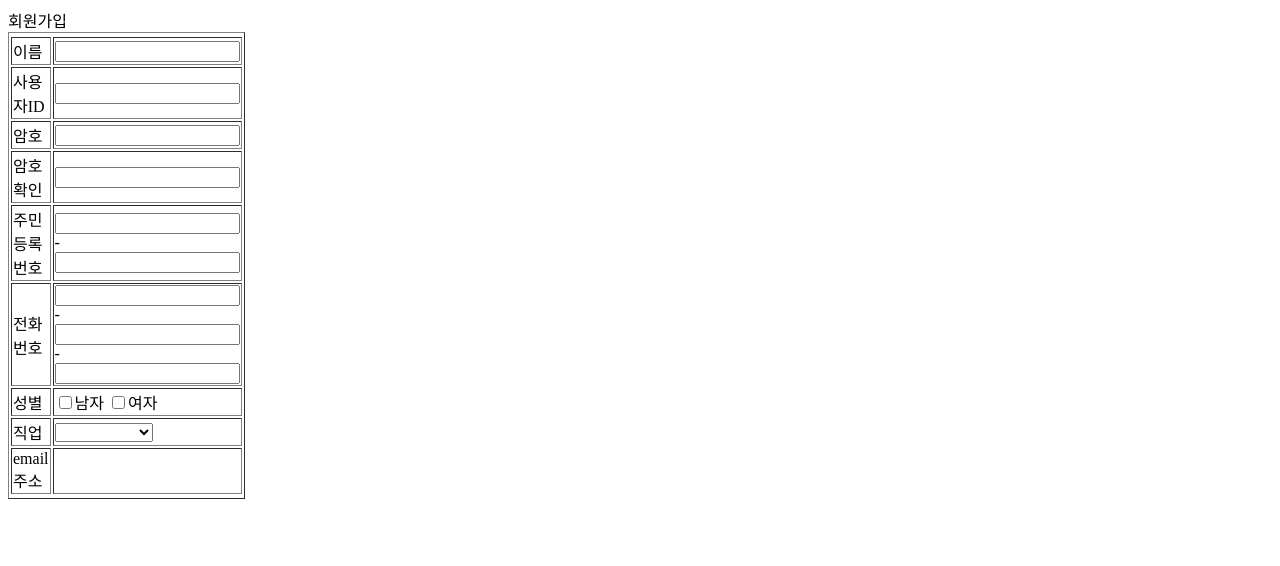
Repository: insunkang/JSP
Page: clientweb/WebContent/html/customer.html
These files come from the project's save history. The page is drawn as it stood at one moment and after the next save; the edit follows.
The browser window is 1280 px wide. The pictures show the whole page.

Above is the page before, as saved 2020-01-02 07:44:56.

After the next save:
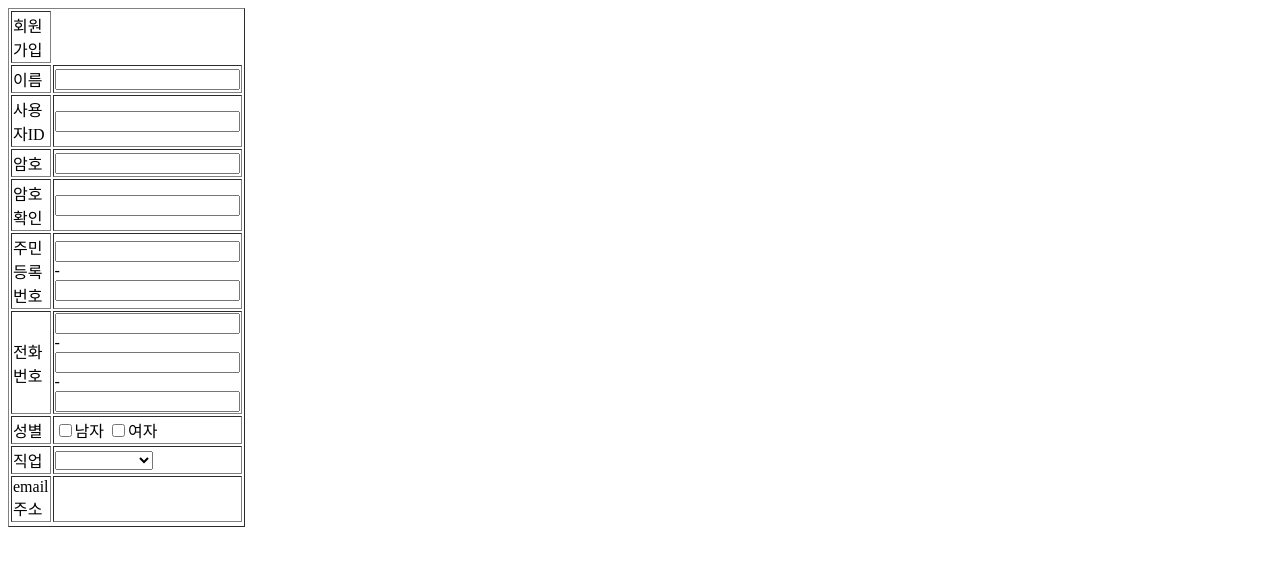
Saved 38 s later.
--- a/clientweb/WebContent/html/customer.html
+++ b/clientweb/WebContent/html/customer.html
@@ -6,7 +6,9 @@
 </head>
 <body>
 	<table border="1"  height="300" width="150">
-		<tr>회원가입</tr>
+		<tr>
+			<td>회원가입</td>
+		</tr>
 		<tr>
 			<td>이름</td>
 			<td><input type="text" name="name"></td>
